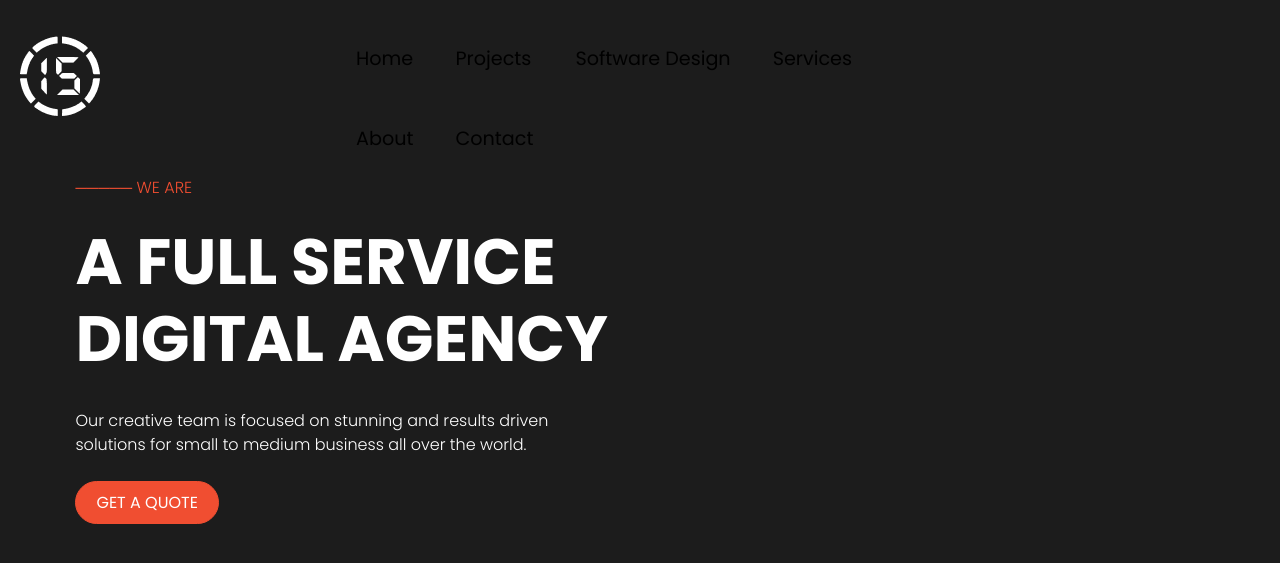
Repository: gopalpurohit54/one5
Page: /
An editor plug-in stored every save of this project. The page is shown before and after the next save, followed by the edit.
The browser window is 1280 px wide. The pictures show the whole page.
The project was rebuilt for these pictures with package versions that can differ from the ones it lists, and the page was loaded fresh each time.

Above is the page before, as saved 2021-06-11 15:14:18.

### src/index.css
@import url('https://fonts.googleapis.com/css2?family=Poppins:ital,wght@0,100;0,200;0,300;0,400;0,500;0,600;0,700;0,800;0,900;1,100;1,200;1,300;1,400;1,500;1,600;1,700;1,800;1,900&display=swap');

* {
  margin: 0;
  padding: 0;
  outline: none;
  font-family: 'Poppins', sans-serif;
  -webkit-font-smoothing: antialiased;
  -moz-osx-font-smoothing: grayscale;
}

code {
  font-family: source-code-pro, Menlo, Monaco, Consolas, 'Courier New',
    monospace;
}

### src/components/App.js
import React from 'react';
import Navbar from '../components/Navbar';
import { BrowserRouter as Router, Switch, Route } from 'react-router-dom';
import './App.css';
import Home from '../components/Pages/Home';

function App() {
  return (
    <>
    <Router>
      <Navbar />
      <Switch>
        <Route path='/' exact component= {Home} />
      </Switch>
    </Router>
    </>
  );
}



export default App

### src/components/navbar.js
import React, { useState } from 'react';
import { Link } from 'react-router-dom';
import './Navbar.css';

function Navbar() {

    const [click, setClick] = useState(false);

    const handleClick = () => setClick(!click);
    const closeMobileMenu = () => setClick(false);

    return (
        <>
            <nav className="navbar">
                <div className="navbar-container">
                    <Link to="/" className="navbar-logo" onClick= {closeMobileMenu}>
                        <img src="/logo-white.png" alt="" />
                    </Link>
                </div>
                <div className="menu-icon" onClick= {handleClick}>
                    <i className= { click ? 'fas fa-times' : 'fas fa-bars'} />
                </div>
                <ul className= { click ? 'nav-menu active' : 'nav-menu'}>
                    <li className= 'nav-item'>
                        <Link to= '/home' className='nav-links' onClick= {closeMobileMenu}>
                            Home
                        </Link>
                    </li>
                    <li className= 'nav-item'>
                        <Link to= '/projects' className='nav-links' onClick= {closeMobileMenu}>
                            Projects
                        </Link>
                    </li>
                    <li className= 'nav-item'>
                        <Link to= '/software-design' className='nav-links' onClick= {closeMobileMenu}>
                            Software Design
                        </Link>
                    </li>
                    <li className= 'nav-item'>
                        <Link to= '/services' className='nav-links' onClick= {closeMobileMenu}>
                            Services
                        </Link>
                    </li>
                    <li className= 'nav-item'>
                        <Link to= '/about' className='nav-links' onClick= {closeMobileMenu}>
                            About
                        </Link>
                    </li>
                    <li className= 'nav-item'>
                        <Link to= '/contact' className='nav-links' onClick= {closeMobileMenu}>
                            Contact
                        </Link>
                    </li>
                </ul>
            </nav>
        </>
    )
}

export default Navbar

### src/components/App.css

* {
    box-sizing: border-box;
    margin: 0;
    padding: 0;
    font-family: 'Poppins', sans-serif;
    background: #1c1c1c;
  }

### src/components/Pages/Home.js
import React from 'react';
import '../App.css';
import  HeroSection from '../HeroSection';

function Home() {
    return (
        <>
            <HeroSection />
        </>
    )
}

export default Home

### src/components/navbar.css
:root {
    --primary: #F04E31;
}

.navbar {
    background: transparent;
    height: 80px;
    display: flex;
    justify-content: flex-start;
    font-size: 1.2rem;
    position: sticky;
    top: 5%;
    z-index: 999;
}

.navbar-container {
    display: flex;
    justify-content: left;
    align-items: left;
    height: 80px;
    /* max-width: 1500px; */
}

.navbar-logo {
    justify-self: start;
    margin-left: 20px;
    cursor: pointer;
    display: flex;
    align-items: center;
}

.nav-menu {
    display: grid;
    grid-template-columns: repeat(4, auto);
    grid-gap: 10px;
    list-style: none;
    text-align: left;
    width: 60vw;
    justify-content: end;
    margin-right: 2rem;
}

.nav-item {
    height: 70px;
  }

  .nav-links {
    color: #000;
    display: flex;
    align-items: left;
    text-decoration: none;
    padding: 0.5rem 1rem;
    height: 100%;
  }

  .nav-links:hover {
    color: var(--primary);
    transition: all 0.2s ease-out;
  }

  .fa-bars {
    color: #fff;
  }

  .fa-bars:hover {
    color: #F04E31;
  }

  .nav-links-mobile {
    display: none;
  }

  .menu-icon {
    display: none;
  }

  @media screen and (max-width: 960px) {
    .NavbarItems {
      position: relative;
    }

    .nav-menu {
      display: flex;
      flex-direction: column;
      width: 100%;
      height: 90vh;
      position: absolute;
      top: 77px;
      left: -100%;
      opacity: 1;
      transition: all 0.5s ease;
    }

    .nav-menu.active {
      background: #fff;
      left: 0;
      opacity: 1;
      transition: all 0.5s ease;
      z-index: 1;
    }

    .nav-links {
      text-align: left;
      padding: 2rem;
      width: 100%;
      display: table;
    }

    .nav-links:hover {
      background-color: #fff;
      color: var(--primary);
      border-radius: 0;
    }

    .navbar-logo {
      position: absolute;
      top: 0;
      left: 0;
      transform: translate(25%, 50%);
    }

    .menu-icon {
      display: block;
      position: absolute;
      top: 0;
      right: 0;
      transform: translate(-100%, 60%);
      font-size: 1.8rem;
      cursor: pointer;
    }

    .fa-times {
      color: #000;
      font-size: 2rem;
    }

    .fa-times:hover {
      color: #F04E31;
    }
    .nav-links-mobile {
      display: block;
      text-align: left;
      margin: 2rem auto;
      border-radius: 4px;
      width: 80%;
      text-decoration: none;
      font-size: 1.5rem;
      background-color: transparent;
      color: #000;
      padding: 14px 20px;
      border: none;
      transition: all 0.3s ease-out;
    }

    .nav-links-mobile:hover {
      background: #fff;
      color: var(--primary);
      transition: 250ms;
    }
  }

### src/components/HeroSection.js
import React, { useState, useEffect } from 'react';
import './App.css';
import { Button } from './Button';
// import anim from '../src/assets/red-blob-hq.gif';
import styled from 'styled-components';
import { motion } from 'framer-motion';

function HeroSection() {

    const Section = styled.section `
        height: 75vh;
        display: flex;
        flex-direction: column;
        justify-content: center;
        align-items: center;
        background: #1c1c1c;
    `;

    const Container = styled.div `
        display: grid;
        grid-template-columns: 1fr 1fr;
        height: 100vh;
        padding: 3rem calc((100vw - 1300px) /2 );

        @media screen and (max-width: 768px){
            grid-grid-template-columns: 1fr;
        }
    `;

    const ColumnLeft = styled.div `
        display: flex;
        color: #fff;
        flex-direction: column;
        justify-content: center;
        align-items: flex-start;
        padding: 5rem 2rem;

        h1 {
            margin-bottom: 2rem;
            font-size: 4rem;
            line-height: 1.2;
        }

        p {
            margin-bottom: 1.5rem;
            font-size: 1rem;
            line-height: 1.5;
            font-style: normal;
            font-weight: 300;
        }

    `;
    const ColumnRight = styled.div ``

    // eslint-disable-next-line no-unused-vars
    const [button, setButton] = useState(true);

    const showButton = () => {
        if(window.innerWidth <= 960) {
            setButton(false);
        } else {
            setButton(true);
        }
    };

    useEffect ( ( ) => {
        showButton();
    }, []);

    window.addEventListener('resize', showButton);

    return (
        <Section className = 'hero-section'>
            <Container className = 'hero-container'>
                <ColumnLeft className = 'col-left'>
                    <p className = 'hero-shortdesc' style={{ color: '#F04E31' }}>───── WE ARE</p>
                    <h1>A FULL SERVICE <br/>
                    DIGITAL AGENCY</h1>
                    <p className = 'hero-desc'>Our creative team is focused on stunning and results driven <br/>
                    solutions for small to medium business all over the world.</p>
                    <div className='hero-btn'>
                    <Button className='btn' buttonStyle='btn--primary'>GET A QUOTE</Button>
                    </div>
                </ColumnLeft>
                {/* <ColumnRight className = 'col-right'>
                    <img src= { anim } style= {{ display: 'block', margin: 'auto' }} alt= "Loading..." />
                </ColumnRight> */}
            </Container>
        </Section>
    )
}

export default HeroSection

### src/components/Button.js
import React from 'react';
import './Button.css';
import { Link } from 'react-router-dom';

const STYLES = ['btn--primary', 'btn--outline', 'btn--test'];

const SIZES = ['btn--medium', 'btn--large'];

export const Button = ({
  children,
  type,
  onClick,
  buttonStyle,
  buttonSize
}) => {
  const checkButtonStyle = STYLES.includes(buttonStyle)
    ? buttonStyle
    : STYLES[0];

  const checkButtonSize = SIZES.includes(buttonSize) ? buttonSize : SIZES[0];

  return (
    <Link to='/sign-up' className='btn-mobile'>
      <button
        className={`btn ${checkButtonStyle} ${checkButtonSize}`}
        onClick={onClick}
        type={type}
      >
        {children}
      </button>
    </Link>
  );
};

### src/components/Button.css
:root {
    --primary: #F04E31;
}

.btn {
    padding: 8px 20px;
    border-radius: 30px;
    outline: none;
    border: none;
    cursor: pointer;
}

.btn--primary {
    background-color: var(--primary);
    color: #fff;
    border: 1px solid var(--primary);
}

.btn--outline {
    background-color: transparent;
    color: #F04E31;
    padding: 8px 20px;
    border: 1px solid var(--primary);
    transition: all 0.3s ease-out;
}

.btn--medium {
    padding: 8px 20px;
    font-size: 16px;
}

.btn--large {
    padding: 12px 26px;
    font-size: 16px;
}

.btn--medium:hover, .btn--large:hover {
    background: transparent;
    color: #F04E31;
    transition: all 0.3s ease-out;
}

Loaded but not shown: public/index.html (common file); src/index.js (common file); src/reportWebVitals.js (common file)

After the next save:
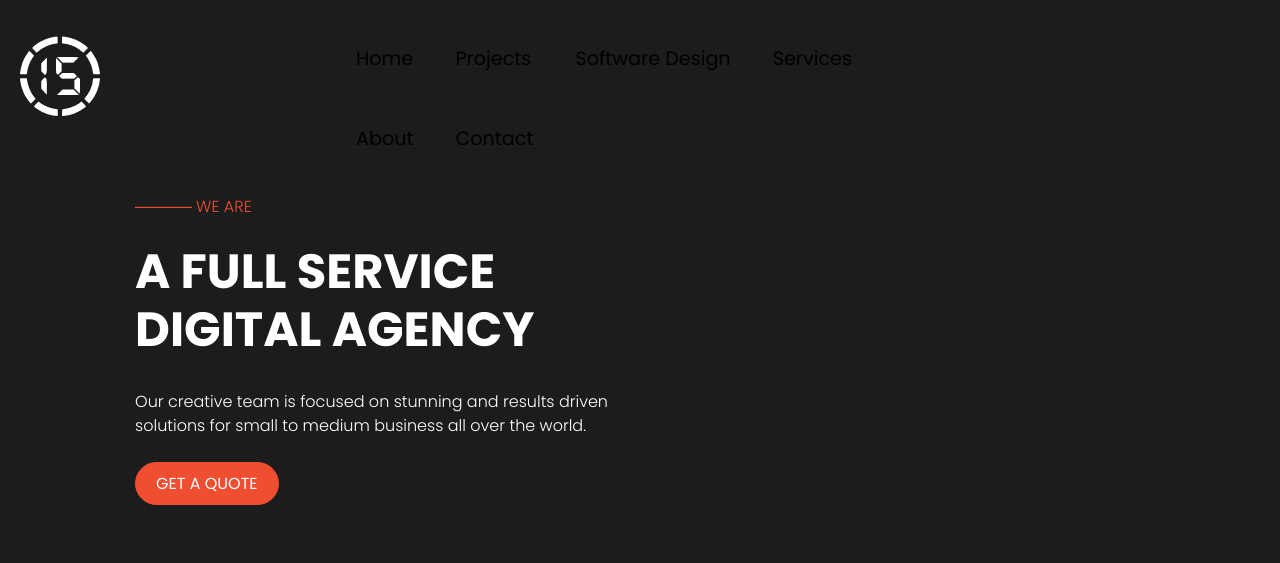
Saved 105 s later.
--- a/src/components/HeroSection.js
+++ b/src/components/HeroSection.js
@@ -37,7 +37,7 @@
 
         h1 {
             margin-bottom: 2rem;
-            font-size: 4rem;
+            font-size: 3rem;
             line-height: 1.2;
         }
 

After the save that followed:
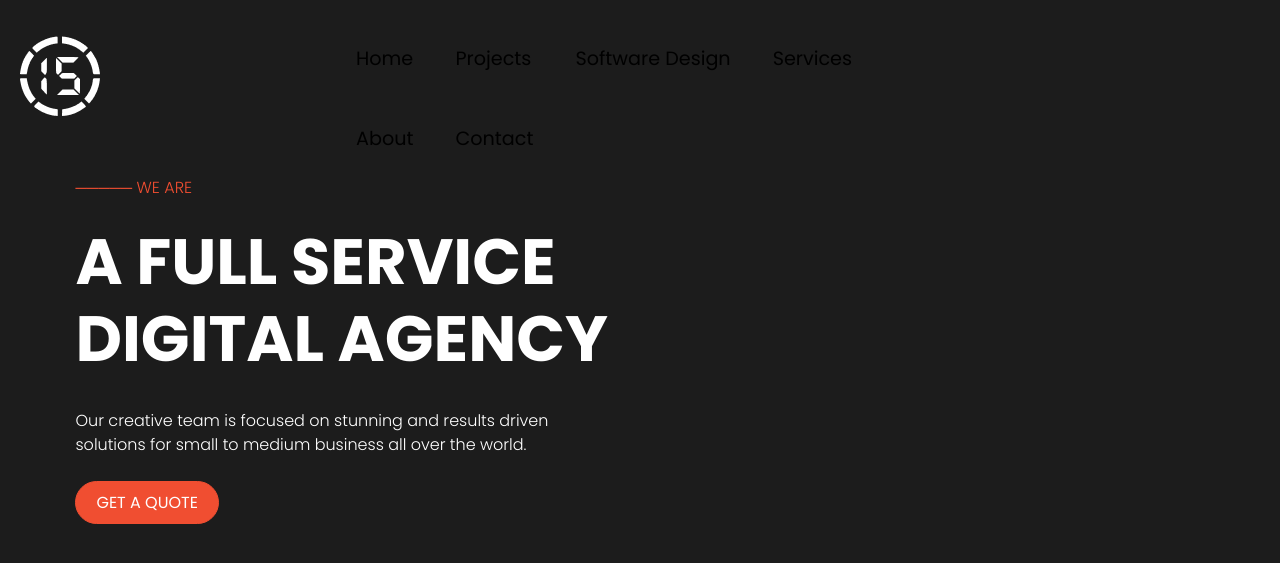
Saved 30 s later.
--- a/src/components/HeroSection.js
+++ b/src/components/HeroSection.js
@@ -37,7 +37,7 @@
 
         h1 {
             margin-bottom: 2rem;
-            font-size: 3rem;
+            font-size: 4rem;
             line-height: 1.2;
         }
 
